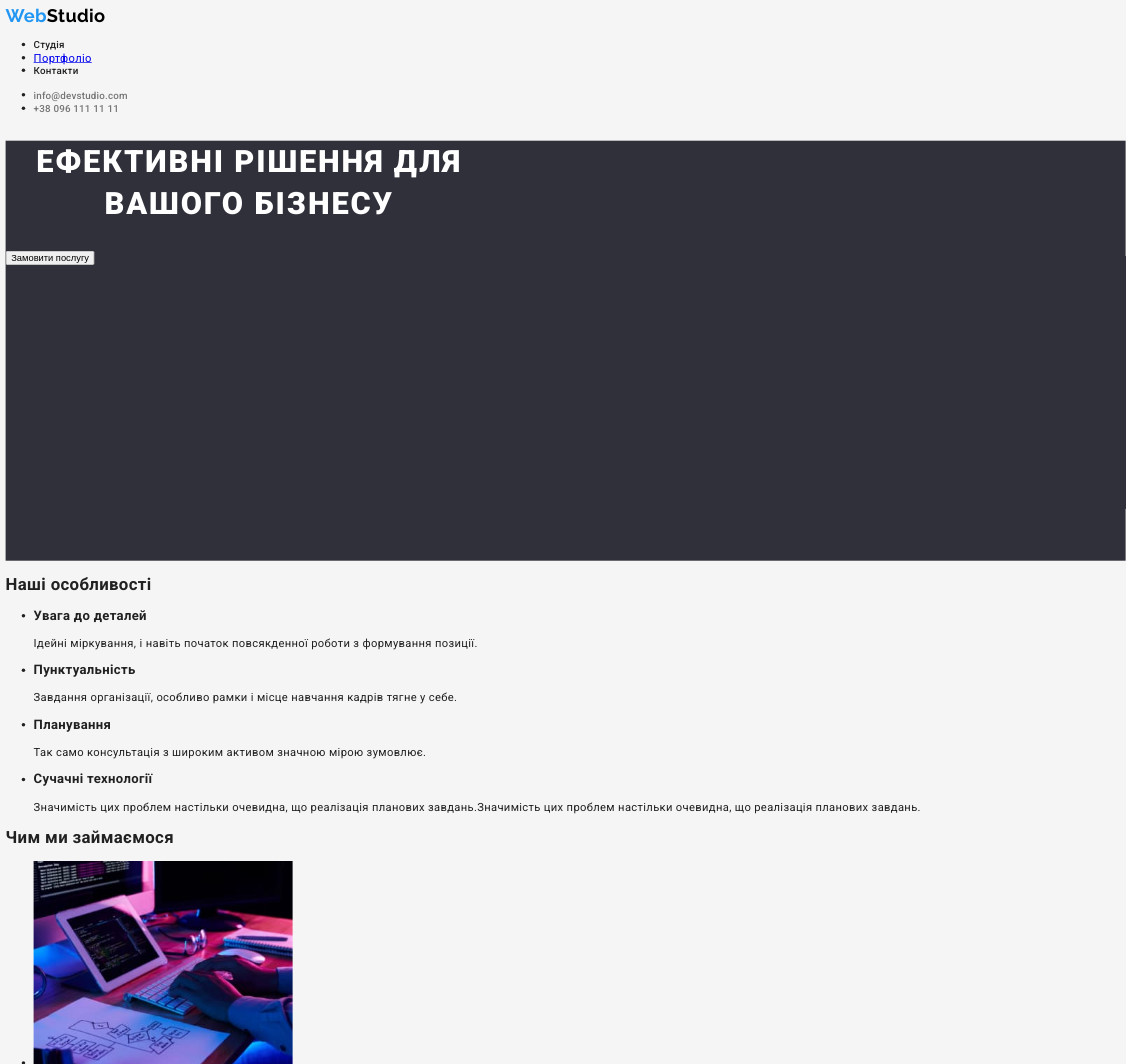
Repository: Mariia2811/goit-markup-hw-03
Page: index.html
An editor plug-in stored every save of this project. The page is shown before and after the next save, followed by the edit.
The browser window is 1280 px wide. The page is 1608 px wide, so the pictures cover 1608 px, including what lies to the right of the window. The pictures show the part of the page from y = 0 to 1520 px (the page is 3749 px tall), at 70% of full size.

Above is the page before, as saved 2022-11-25 15:50:54.

### index.html
<!DOCTYPE html>
<html lang="uk">
  <head>
    <meta charset="UTF-8" />
    <meta http-equiv="X-UA-Compatible" content="IE=edge" />
    <meta name="viewport" content="width=device-width, initial-scale=1.0" />
    <title>Головна</title>
    <link rel="preconnect" href="https://fonts.googleapis.com">
    <link rel="preconnect" href="https://fonts.gstatic.com" crossorigin>
    <link
      href="https://fonts.googleapis.com/css2?family=Raleway:wght@700&family=Roboto:wght@400;500;700;900&display=swap"
      rel="stylesheet">
    <link rel="stylesheet" href="./css/styles.css">
  </head>
  <body>
    <header>
      <nav>
        <a href="./index.html" class="logo link-logo"><span class="logo-accent">Web</span>Studio</a>
        <ul>
          <li><a href="./index.html" class="link nav">Студія</a></li>
          <li><a href="./portfolio.html">Портфоліо</a></li>
          <li><a href="#" class="link nav">Контакти</a></li>
        </ul>
      </nav>
      <ul>
        <li><a href="mailto:info@devstudio.com" class="link contact">info@devstudio.com</a></li>
        <li><a href="tel:+380961111111" class="link contact">+38 096 111 11 11</a></li>
      </ul>
    </header>
    <main>
      <section class="hero">
        <h1 class="hero-title">Ефективні рішення для вашого бізнесу</h1>
        <button type="button">Замовити послугу</button>
      </section>
      <section>
        <h2>Наші особливості</h2>
        <ul>
          <li>
            <h3>Увага до деталей</h3>
            <p>
              Ідейні міркування, і навіть початок повсякденної роботи з
              формування позиції.
            </p>
          </li>
          <li>
            <h3>Пунктуальність</h3>
            <p>
              Завдання організації, особливо рамки і місце навчання кадрів тягне
              у себе.
            </p>
          </li>
          <li>
            <h3>Планування</h3>
            <p>
              Так само консультація з широким активом значною мірою зумовлює.
            </p>
          </li>
          <li>
            <h3>Сучачні технології</h3>
            <p>
              Значимість цих проблем настільки очевидна, що реалізація планових
              завдань.Значимість цих проблем настільки очевидна, що реалізація
              планових завдань.
            </p>
          </li>
        </ul>
      </section>
      <section>
        <h2>Чим ми займаємося</h2>
        <ul>
          <li>
            <img
              src="./images/coding.jpg"
              alt="Процес набирання коду"
              width="370"
              />
          </li>
          <li>
            <img
              src="./images/optimization.jpg"
              alt="Дівчина тримає телефон в руках і працює за ноутбуком"
              width="370"
              />
          </li>
          <li>
            <img
              src=".//images/tablet.jpg"
              alt="На екрані планшету, який тримають в руці, зображений спектр
              кольорів"
              width="370"
              />
          </li>
        </ul>
      </section>
      <section>
        <h2>Наша команда</h2>
        <ul>
          <li>
            <img
              src="./images/designer.jpg"
              alt="Усміхнений хлопець в окулярах"
              width="270"
              />
            <h3>Ігор Дем'яненко</h3>
            <p>Product Designer</p>
          </li>
          <li>
            <img
              src="./images/developer.jpg"
              alt="Усміхнена дівчина в окулярах"
              width="270"
              />
            <h3>Ольга Рєпіна</h3>
            <p>Frontend Developer</p>
          </li>
          <li>
            <img
              src="./images/marketing.jpg"
              alt="Усміхнений хлопець"
              width="270"
              />
            <h3>Микола Тарасов</h3>
            <p>Marketing</p>
          </li>
          <li>
            <img
              src="./images/uidesigner.jpg"
              alt="Усміхнений хлопець з бородою в окулярах"
              width="270"
              />
            <h3>Михайло Єрмаков</h3>
            <p>UI Designer</p>
          </li>
        </ul>
      </section>
    </main>
    <footer>
      <a href="./index.html" class="logo-footer link-logo"><span
          class="logo-accent">Web</span>Studio</a>
      <address>
        <ul>
          <li>
            <a
              href="https://www.google.com.ua/maps/place/%D0%B1%D1%83%D0%BB.+%D0%9B%D0%B5%D1%81%D0%B8+%D0%A3%D0%BA%D1%80%D0%B0%D0%B8%D0%BD%D0%BA%D0%B8,+26,+%D0%9A%D0%B8%D0%B5%D0%B2,+02000/@50.4265807,30.5361918,17z/data=!3m1!4b1!4m5!3m4!1s0x40d4cf0e033ecbe9:0x57a4dffefec77da0!8m2!3d50.4265807!4d30.5383858?hl=ru"
              target="_blank"
              rel="noopener noreferrer nofollow" class="link address">м. Київ, пр-т Лесі Українки, 26</a>
          </li>
          <li><a href="mailto:info@devstudio.com" class="link contact-footer">info@devstudio.com</a></li>
          <li><a href="tel:+380961111111" class="link contact-footer">+38 096 111 11 11</a></li>
        </ul>
      </address>
    </footer>
  </body>
</html>

### css/styles.css
:root {
    --color-primary: #212121;
    --color-secondary: #757575;
    --color-accent: #2196F3;
    --color-background: #F5F5F5;
    --white-accent: #FFFFFF;
    --secondary-background: #2F303A;
}

body {
    color: var(--color-primary);
    font-family: 'Roboto', sans-serif;
    font-size: 16px;
    font-weight: 600px;
    background-color: var(--color-background);
    line-height: 1.17;
    letter-spacing: 0.03em;
    width: 1600px;
}

.logo,
.logo-accent,
.logo-footer {
    font-family: 'Raleway', sans-serif;
    font-size: 26px;
    font-weight: 700;
    line-height: 1.19;
}

.logo {
    color: #000;
}

.logo-accent {
    color: var(--color-accent);
}

.logo-footer {
    color: var(--white-accent);
}

.link {
    text-decoration: none;
    font-style: normal;
}

.link-logo {
    text-decoration: none;
}

.nav,
.contact {
    font-size: 14px;
    font-weight: 500;
    line-height: 1.14;
    letter-spacing: 0.02em;
}

.nav {
    color: var(--color-primary);
}

.contact {
    color: var(--color-secondary);
}

.link:hover,
.link:focus {
    color: var(--color-accent);
}

.hero {
    background-color: var(--secondary-background);
    width: 1600px;
    height: 600px;
}

.hero-title {
    color: var(--white-accent);
    font-size: 44px;
    line-height: 1.36;
    width: 696px;
    height: 120px;
    text-align: center;
    font-weight: 900;
    text-transform: uppercase;
    letter-spacing: 0.06em;
}

.hero-button {
    background-color: var(--color-accent);
    font-size: inherit;
    font-family: inherit;
    font-weight: 700;
    line-height: 1.88;
    letter-spacing: 0.06em;
    width: 216px;
    height: 50px;
    color: var(--white-accent);
    box-shadow: 0px 4px 4px rgba(0, 0, 0, 0.15);
    border-radius: 4px;
    border: none;
    cursor: pointer;
}

.filter {
    background-color: #f5f4fa;
    color: var(--color-primary);
    font-size: inherit;
    font-family: inherit;
    font-weight: 500;
    line-height: 1.62;
    letter-spacing: inherit;
    border-radius: 4px;
    border: none;
    cursor: pointer;
}

.filter:hover,
.filter:focus {
    background-color: var(--color-accent);
    color: var(--white-accent);
    box-shadow: 0px 3px 1px rgba(0, 0, 0, 0.1), 0px 1px 2px rgba(0, 0, 0, 0.08),
        0px 2px 2px rgba(0, 0, 0, 0.12);
}

.hero-button:hover,
.hero-button:focus {
    background-color: #188ce8;
}

.advantages,
.work {
    background-color: var(--color-background);
}

.advantages-title {
    font-size: 14px;
    font-weight: 700;
    text-transform: uppercase;
}

.list {
    list-style-type: none;
}

.description {
    color: var(--color-secondary);
    font-size: 14px;
    font-weight: 400;
    line-height: 1.71;
    width: 270px;
}

.title {
    font-size: 36px;
    font-weight: 700;
    text-align: center;
}

.team {
    background-color: #f5f4fa;
}

.team-title {
    font-weight: 500;
    font-size: 16px;
}

.text {
    color: var(--color-secondary);
    font-weight: 400;
}

.work-title~.text {
    line-height: 1.88;
}

.work-title {
    font-size: 18px;
    font-weight: 700;
    line-height: 2;
    letter-spacing: 0.06em;
}

.footer {
    background-color: var(--secondary-background);
    height: 252px;
}

.address,
.contact-footer {
    font-size: 14px;
    font-weight: 400;
}

.address {
    color: var(--white-accent);
}

.contact-footer {
    color: rgba(255, 255, 255, 0.6);
}

.footer .link {
    line-height: 1.71;
}

After the next save:
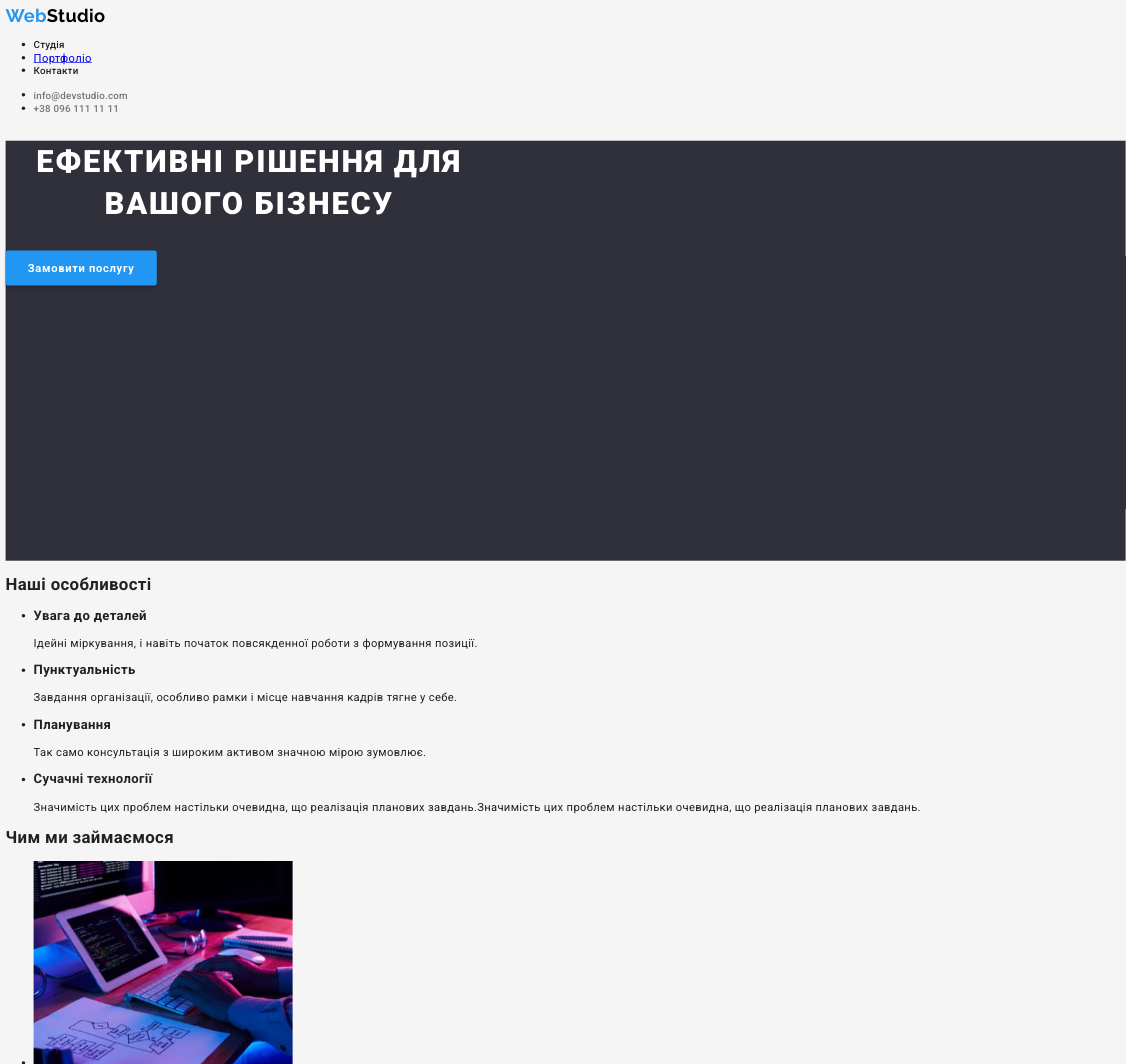
Saved 18 s later.
--- a/index.html
+++ b/index.html
@@ -30,7 +30,7 @@
     <main>
       <section class="hero">
         <h1 class="hero-title">Ефективні рішення для вашого бізнесу</h1>
-        <button type="button">Замовити послугу</button>
+        <button type="button" class="hero-button">Замовити послугу</button>
       </section>
       <section>
         <h2>Наші особливості</h2>
